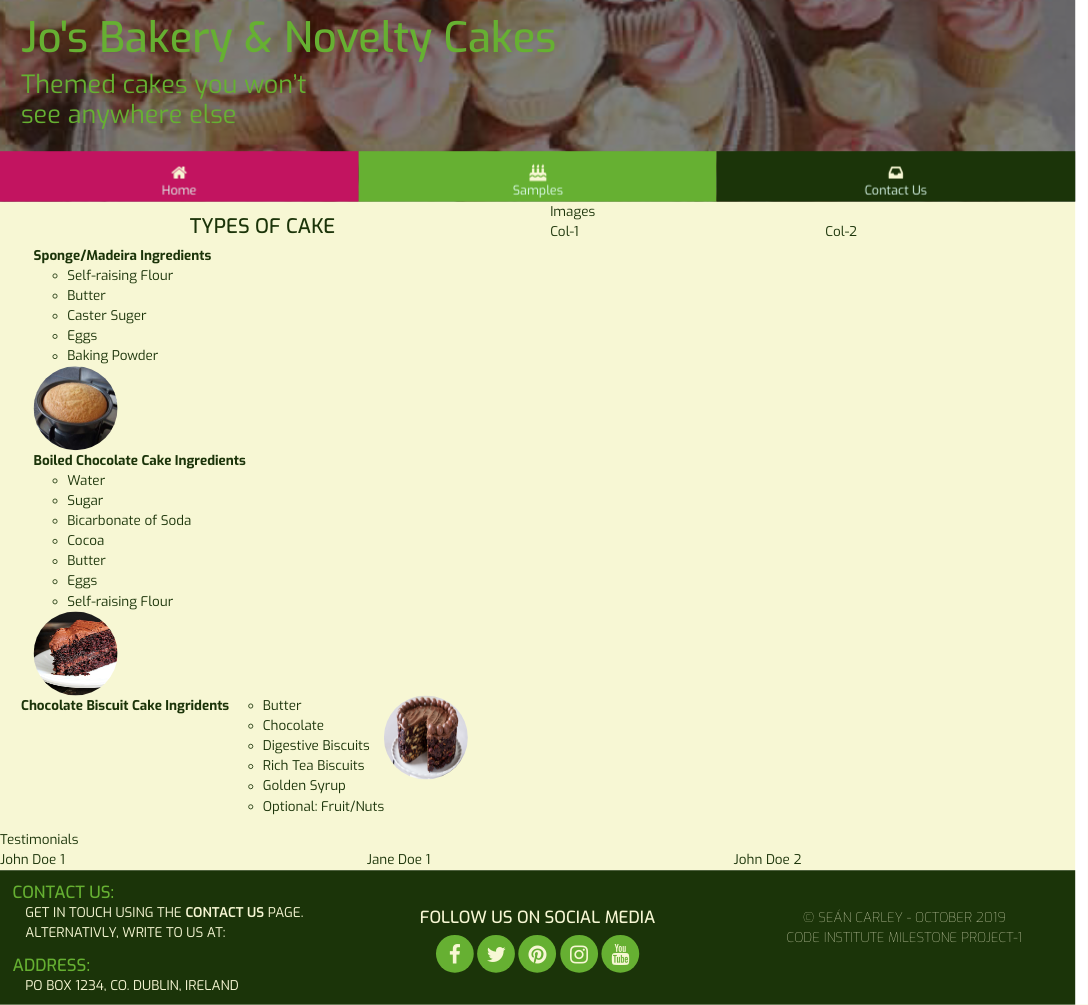
Repository: seanjcarley/Milestone1
Page: showcase.html
The author's editor kept a record of every edit. The page is drawn from the files as they stood at one moment, then again after the next edit.
The browser window is 1280 px wide. The page is 1295 px wide, so the pictures cover 1295 px, including what lies to the right of the window. The pictures show the whole page, at 84% of full size.

Above is the page before.
Console error: TypeError: Cannot read properties of undefined (reading 'fn')

### showcase.html
<!DOCTYPE html>
<html lang="en">

<head>
    <meta charset="UTF-8">
    <meta name="viewport" content="width=device-width, initial-scale=1.0">
    <meta http-equiv="X-UA-Compatible" content="ie=edge">
    <link href="https://stackpath.bootstrapcdn.com/bootstrap/4.3.1/css/bootstrap.min.css" rel="stylesheet" integrity="sha384-ggOyR0iXCbMQv3Xipma34MD+dH/1fQ784/j6cY/iJTQUOhcWr7x9JvoRxT2MZw1T" crossorigin="anonymous">
    <script src="https://stackpath.bootstrapcdn.com/bootstrap/4.3.1/js/bootstrap.min.js" integrity="sha384-JjSmVgyd0p3pXB1rRibZUAYoIIy6OrQ6VrjIEaFf/nJGzIxFDsf4x0xIM+B07jRM" crossorigin="anonymous"></script>
    <script src="https://stackpath.bootstrapcdn.com/bootstrap/4.3.1/js/bootstrap.bundle.min.js" integrity="sha384-xrRywqdh3PHs8keKZN+8zzc5TX0GRTLCcmivcbNJWm2rs5C8PRhcEn3czEjhAO9o" crossorigin="anonymous"></script>
    <link href="https://stackpath.bootstrapcdn.com/font-awesome/4.7.0/css/font-awesome.min.css" rel="stylesheet" integrity="sha384-wvfXpqpZZVQGK6TAh5PVlGOfQNHSoD2xbE+QkPxCAFlNEevoEH3Sl0sibVcOQVnN" crossorigin="anonymous">
    <link rel="stylesheet" href="https://cdnjs.cloudflare.com/ajax/libs/hover.css/2.3.1/css/hover-min.css" type="text/css">
    <link rel="stylesheet" href="css/style.css">
    <title>Jo's Bakery and Novelty Cakes</title>
</head>

<body>
    <header class="container-fluid cake-image">
        <div class="opaque-overlay">&nbsp;</div>
        <div class="row no-gutters">
            <div class="col-12 page-header">
                <h1 class="name caps">Jo's Bakery & Novelty Cakes</h1>
                <h2 class="tag-line caps">Themed cakes you won’t<br/>see anywhere else</h2>
            </div>
        </div>
        <div class="row no-gutters">
            <div class="col">
                <ul id="nav" class="list-inline menucontainer">
                    <li class="col col-sm-4 menu-item-color-home list-inline-item menuitem">
                        <a class="hvr-sweep-to-right" href="index.html"><i class="fa fa-home" aria-hidden="true"></i><span>Home</span></a>
                    </li>
                    <li class="col col-sm-4 menu-item-color-samples list-inline-item menuitem">
                        <a class="hvr-sweep-to-right" href="showcase.html"><i class="fa fa-birthday-cake" aria-hidden="true"></i><span>Samples</span></a>
                    </li>
                    <li class="col col-sm-4 menu-item-color-contact list-inline-item menuitem">
                        <a class="hvr-sweep-to-right" href="contact.html"><i class="fa fa-inbox" aria-hidden="true"></i><span>Contact Us</span></a>
                    </li>
                </ul>
            </div>
        </div>
    </header>
    <section class="section-color">
        <div class="row">
            <div class="col-md-6 cake-types">
                <h4 class="types-header">Types of Cake</h4>
                <a href="#sponge" class="list-header mobile" data-toggle="modal">
                    Sponge/Madeira
                    <img src="images/sponge_maderia_cake.jpg" alt="Sponge-Cake" class="rounded-circle mr-3 mobile" height=100 width=100>
                </a>
                <a href="#boiled" class="list-header mobile" data-toggle="modal">
                    Boiled Chocolate Cake
                    <img src="images/boiled_choc_cake.jpg" alt="Boiled-Choc-Cake" class="rounded-circle mr-3 mobile" height=100 width=100>
                </a>
                <a href="#boiled" class="list-header mobile" data-toggle="modal">
                    Chocolate Biscuit Cake
                    <img src="images/Choc_biscuit_cake.jpg" alt="Choc-Biscuit-Cake" class="rounded-circle mr-3 mobile" height=100 width=100>
                </a>
                <ul class="outer-list">
                    <li>
                        <a href="#sponge" class="list-header desktop" data-toggle="modal">Sponge/Madeira Ingredients</a>
                        <!--<button type="button" class="btn btn-primary" data-toggle="modal" data-target="#sponge">Sponge/Madeira Ingredients</button>-->
                        <ul class="desktop">
                            <li>Self-raising Flour</li>
                            <li>Butter</li>
                            <li>Caster Suger</li>
                            <li>Eggs</li>
                            <li>Baking Powder</li>
                        </ul>
                        <img src="images/sponge_maderia_cake.jpg" alt="Sponge-Cake" class="rounded-circle mr-3 desktop" height=100 width=100>
                    </li>
                    <li>
                        <a href="#boiled" class="list-header desktop" data-toggle="modal">Boiled Chocolate Cake Ingredients</a>
                        <!--<button type="button" class="btn btn-secondary" data-toggle="modal" data-target="#boiled">Boiled Chocolate Cake Ingredients</button>-->
                        <ul class="desktop">
                            <li>Water</li>
                            <li>Sugar</li>
                            <li>Bicarbonate of Soda</li>
                            <li>Cocoa</li>
                            <li>Butter</li>
                            <li>Eggs</li>
                            <li>Self-raising Flour</li>
                        </ul>
                        <img src="images/boiled_choc_cake.jpg" alt="Boiled-Choc-Cake" class="rounded-circle mr-3 desktop" height=100 width=100>
                    </li>
                    <li>
                        <div class="row">
                        <a href="#boiled" class="list-header desktop" data-toggle="modal">Chocolate Biscuit Cake Ingridents</a>
                        <!--<button type="button" class="btn btn-primary" data-toggle="modal" data-target="#biscuit">Chocolate Biscuit Cake Ingridents</button>-->
                        <ul class="desktop">
                            <li>Butter</li>
                            <li>Chocolate</li>
                            <li>Digestive Biscuits</li>
                            <li>Rich Tea Biscuits</li>
                            <li>Golden Syrup</li>
                            <li>Optional: Fruit/Nuts</li>
                        </ul>
                        <img src="images/Choc_biscuit_cake.jpg" alt="Choc-Biscuit-Cake" class="rounded-circle mr-3 desktop" height=100 width=100>
                        </div>
                    </li>
                </ul>
            </div>
            <div class="col-md-6">
                <div class="row">
                    <div class="col">Images</div>
                </div>
                <div class="row">
                    <div class="col-md-6">Col-1</div>
                    <div class="col-md-6">Col-2</div>
                </div>
            </div>
        </div>
        <div class="row">
            <div class="col">Testimonials</div>
        </div>
        <div class="row">
            <div class="col-md-4">
                John Doe 1
            </div>
            <div class="col-md-4">
                Jane Doe 1
            </div>
            <div class="col-md-4">
                John Doe 2
            </div>
        </div>
    </section>
    <footer class="footer-color">
        <div class="row">
            <div class="col-md-4">
                <!--<h1>FOOTER1</h1>-->
                <h5 class="footer-h5 uppercase">Contact us: </h5>
                <p class="footer-text uppercase">Get in touch using the <a href="contact.html"><span class="bold">Contact us</span></a> page. Alternativly, write to us at:</p>
                <h5 class="footer-h5 uppercase">Address: </h5>
                <p class="footer-address uppercase">
                    PO Box 1234,
                    <!--<br/>-->
                    Co. Dublin,
                    <!--<br/>-->
                    Ireland
                </p>
            </div>
            <div class="col-md-4 social">
                <!--<h1>FOOTER2</h1>-->
                <h5 class="uppercase">Follow us on Social Media</h5>
                <ul class="list-inline social-icons">
                    <li class="list-inline-item socialitem">
                        <a target="_blank" href="#">
                            <i class="fa fa-facebook" aria-hidden="true"></i>
                            <span class="sr-only">Facebook</span> <!-- This will be read by a screen reader. It does not show on the page -->
                        </a>
                    </li>
                    <li class="list-inline-item socialitem">
                        <a target="_blank" href="#">
                            <i class="fa fa-twitter" aria-hidden="true"></i>
                            <span class="sr-only">Twitter</span> <!-- This will be read by a screen reader. It does not show on the page -->
                        </a>
                    </li>
                    <!--<li class="list-inline-item socialitem">
                        <a target="_blank" href="#">
                            <i class="fa fa-linkedin" aria-hidden="true"></i>
                            <span class="sr-only">LinkedIn</span>
                        </a>
                    </li>-->
                    <li class="list-inline-item socialitem">
                        <a target="_blank" href="#">
                            <i class="fa fa-pinterest" aria-hidden="true"></i>
                            <span class="sr-only">Pinterest</span> <!-- This will be read by a screen reader. It does not show on the page -->
                        </a>
                    </li>
                    <li class="list-inline-item socialitem">
                        <a target="_blank" href="#">
                            <i class="fa fa-instagram" aria-hidden="true"></i>
                            <span class="sr-only">Instagram</span> <!-- This will be read by a screen reader. It does not show on the page -->
                        </a>
                    </li>
                    <li class="list-inline-item socialitem">
                        <a target="_blank" href="#">
                            <i class="fa fa-youtube" aria-hidden="true"></i>
                            <span class="sr-only">YouTube</span> <!-- This will be read by a screen reader. It does not show on the page -->
                        </a>
                    </li>
                </ul>
            </div>
            <div class="col-md-4 copyrite uppercase">
                <!--<h1>FOOTER3</h1>-->
                &copy; Seán Carley - October 2019
                <br/> Code Institute Milestone Project-1
            </div>
        </div>
    </footer>
    <div class="modal" tabindex="-1" role="dialog" id="sponge">
        <div class="modal-dialog" role="document">
            <div class="modal-content">
                <div class="modal-header">
                    <h5 class="modal-title">Sponge/Madeira</h5>
                    <button type="button" class="close" data-dismiss="modal" aria-label="Close">
                        <span aria-hidden="true">&times;</span>
                    </button>
                </div>
                <div class="modal-body">
                    <ol>
                        <li>Preheat the oven to 180 degrees C / gas mark 4.</li>
                        <li>Measure all the ingredients into a large bowl.</li>
                        <li>Mix all of the ingredients using a electric whisk.</li>
                        <li>Pour the mixture into 2 non-stick 7 inch (18cm) tins.</li>
                        <li>Place them in the oven till golden brown 15-25 minutes.</li>
                        <li>Cool on a wire rack before serving.</li>
                    </ol>
                </div>
            </div>
        </div>
    </div>
    <div class="modal" tabindex="-1" role="dialog" id="boiled">
        <div class="modal-dialog" role="document">
            <div class="modal-content">
                <div class="modal-header">
                    <h5 class="modal-title">Boiled Chocolate Cake</h5>
                    <button type="button" class="close" data-dismiss="modal" aria-label="Close">
                        <span aria-hidden="true">&times;</span>
                    </button>
                </div>
                <div class="modal-body">
                    <ol>
                        <li>Place first five ingredients into a large saucepan.</li>
                        <li>Bring to the boil and simmer for 3 minutes.</li>
                        <li>Allow to cool slightly.</li>
                        <li>Add eggs and flour, and stir well.</li>
                        <li>Pour into a greased 20 cm cake pan.</li>
                        <li>Bake at 180C for 50 minutes.</li>
                        <li>Ice when cool if desired.</li>
                    </ol>
                </div>
            </div>
        </div>
    </div>
    <div class="modal" tabindex="-1" role="dialog" id="biscuit">
        <div class="modal-dialog" role="document">
            <div class="modal-content">
                <div class="modal-header">
                    <h5 class="modal-title">Chocolate Biscuit Cake</h5>
                    <button type="button" class="close" data-dismiss="modal" aria-label="Close">
                        <span aria-hidden="true">&times;</span>
                    </button>
                </div>
                <div class="modal-body">
                    <ol>
                        <li>Line a 15cms/6" round cake tin or a 2lb loaf tin with a double layer of greaseproof paper.</li>
                        <li>Melt the butter, syrup and chocolate in a pan over a low heat. Stir to make sure all the ingredients are well mixed together.</li>
                        <li>Add the biscuits, maltesers and fruit and nuts, if used. Stir well.</li>
                        <li>Transfer to prepared tin. Level it on top and press down well to avoid air gaps. Allow to get cold and hard.
                        Wrap completely in greaseproof paper and store in a fridge.</li>
                    </ol>
                </div>
            </div>
        </div>
    </div>
    <script src="https://code.jquery.com/jquery-3.3.1.slim.min.js" integrity="sha384-q8i/X+965DzO0rT7abK41JStQIAqVgRVzpbzo5smXKp4YfRvH+8abtTE1Pi6jizo" crossorigin="anonymous"></script>
    <script src="https://cdnjs.cloudflare.com/ajax/libs/popper.js/1.14.7/umd/popper.min.js" integrity="sha384-UO2eT0CpHqdSJQ6hJty5KVphtPhzWj9WO1clHTMGa3JDZwrnQq4sF86dIHNDz0W1" crossorigin="anonymous"></script>
    <script src="https://stackpath.bootstrapcdn.com/bootstrap/4.3.1/js/bootstrap.min.js" integrity="sha384-JjSmVgyd0p3pXB1rRibZUAYoIIy6OrQ6VrjIEaFf/nJGzIxFDsf4x0xIM+B07jRM" crossorigin="anonymous"></script>
</body>

</html>

### css/style.css
@import url('https://fonts.googleapis.com/css?family=Roboto:100,200,300,400,500,600,700|Exo:100,200,300,400,500,600,700');

/*----------------------------------------------------------------------------*/
/* Colours */
/*----------------------------------------------------------------------------*/

.menu-item-color-home {
    background-color: #C21460;
    color: #F7F7D4;
}

.menu-item-color-samples {
    background-color: #66B032;
    color: #F7F7D4;
}

.menu-item-color-contact {
    background-color: #1B3409;
    color: #F7F7D4;
}

.section-color {
    background-color: #F7F7D4;
    color: #1B3409;
}

.side-section {
    padding-left: 15px;
    background-color: #66B032;
}

.footer-color {
    background-color: #1B3409;
    color: #F7F7D4;
}

/*----------------------------------------------------------------------------*/
/* Body */
/*----------------------------------------------------------------------------*/

body {
    margin: 0;
    font-family: "Exo", sans-serif;
}

.container-fluid {
    padding: 0;
}

/*----------------------------------------------------------------------------*/
/* Header */
/*----------------------------------------------------------------------------*/

header {
    margin: 20;
    background-color: #F7F7D4;
}

.cake-image {
    background: url("../images/banner.png");
    background-position: center;
    background-repeat: no-repeat;
    background-size: cover;
    -webkit-background-size: cover;
    -moz-background-size: cover;
    -o-background-size: cover;
}

.page-header {
    margin-top: 15px;
    margin-bottom: 17px;
}

.name {
    font-weight: 500;
    font-size: 50px;
    margin-left: 25px;
    color: #66B032;
}

.opaque-overlay {
    position: absolute;
    top: 0;
    left: 0;
    min-height: 240px;
    width: 100%;
    background-color: rgba(0, 0, 0, 0.5);
}

.tag-line {
    font-weight: 400;
    font-size: 30px;
    margin-left: 25px;
    color: #66B032;
}

/*
-----No Longer used-----
.logo {
    background: url("../images/20170906215546_1200x1200.png");
    background-position: center;
    background-repeat: no-repeat;
    background-size: cover;
    background-color: #1B3409;
    background-color: #fff;
    text-align: center;
    min-height: 240px;
    text-decoration: none;
    font-size: 45px;
    font-weight: 500;
    color: #C21460;
}
*/

.list-inline-item:not(:last-child) {
    margin-right: 0;
}

.menucontainer {
    font-size: 0;
    position: static;
}

#nav li {
    font-size: 14px;
    padding: 0;
}

#nav {
    margin: 0;
}

.menuitem {
    height: 60px;
    text-align: center;
    padding: 0;
}

.menuitem a {
    width: 100%;
    text-decoration: none;
    color: #defdef;
    height: 100%;
}

.menuitem a i {
    padding-top: 15px;
    display: block;
    color: #F7F7D4;
    font-size: 20px;
}

.menuitem span {
    display: block;
    font-size: 15px;
}

.hvr-sweep-to-bottom:before,
.hvr-sweep-to-top:before,
.hvr-sweep-to-right:before {
    background: rgba(0, 0, 0, 0.2);
    height: 60px;
}

/*----------------------------------------------------------------------------*/
/* Index Section */
/*----------------------------------------------------------------------------*/

section {
    margin: 0;
}

.main-section {
    padding-left: 15px;
}

.origin {
    text-align: center;
    padding-top: 15px;
}

.section-txt {
    margin: 15px;
}

.section-txt a {
    text-decoration: none;
    color: #1B3409;
}

.section-txt a:hover {
    color: #C21460;
}

.question {
    text-align: center;
}

.side-section-menu {
    color: #F7F7D4;
}

/*----------------------------------------------------------------------------*/
/* Showcase Section */
/*----------------------------------------------------------------------------*/

.types-header {
    padding-top: 15px;
    text-transform: uppercase;
    text-align: center;
}

.list-header {
    font-weight: 700;
}

.cake-types a {
    text-decoration: none;
    color: #1B3409;
}

.cake-types a:hover {
    color: #C21460;
}

.outer-list {
    list-style-type: none;
}

.list-row {
    padding-top: 15px;
}

.type-image {
    padding-top: 35px;
}

.mobile {
    display: none;
}

/*----------------------------------------------------------------------------*/
/* Contact Section */
/*----------------------------------------------------------------------------*/

.form-heading {
    font-weight: 500;
    margin-top: 25px;
    text-align: center;
}

.center-form {
    padding-top: 10px;
    margin: 0 auto;
    max-width: 60%;
    text-align: center;
}

button[type="submit"] {
    margin-top: 15px;
    margin-bottom: 20px;
    color: #F7F7D4;
    background-color: #1B3409;
}

button[type="submit"]:hover {
    color: #66B032;
    background-color: #C21460;
    font-weight: 300;
    transition: all 0.35s ease-in-out;
    -moz-transition: all 0.35s ease-in-out;
    -webkit-transition: all 0.35s ease-in-out;
    -o-transition: all 0.35s ease-in-out;
}

#name-field {
    background-color: #66B032;
    color: #F7F7D4;
}

#email-field {
    background-color: #66B032;
    color: #F7F7D4;
}

#phone-field {
    background-color: #66B032;
    color: #F7F7D4;
}

#desc-field {
    background-color: #66B032;
    color: #F7F7D4;
}

#budget-field {
    background-color: #66B032;
    color: #F7F7D4;
}

/*----------------------------------------------------------------------------*/
/* Footer */
/*----------------------------------------------------------------------------*/

footer {
    margin: 0;
}

.footer-text {
    margin: 0;
    padding-left: 30px;
    padding-top: 0;
}

.footer-text a {
    text-decoration: none;
    color: #F7F7D4;
}

.footer-text a:hover {
    color: #66B032;
}

.footer-h5 {
    color: #66B032;
    margin: 0;
    padding-left: 15px;
    padding-top: 15px;
}

.footer-address {
    margin: 0;
    padding-left: 30px;
    padding-top: 0;
    padding-bottom: 10px;
}

.copyrite {
    text-align: center;
    margin-top: 45px;
    font-weight: 100;
}

.social {
    text-align: center;
    margin-top: 45px;
}

/*.social-icons li a {

}*/

.social-icons li a i {
    width: 45px;
    height: 45px;
    padding: 6px 0;
    /*margin-top: 5px;*/
    border-radius: 50%;
    font-size: 25px;
    background-color: #66B032;
    color: #F7F7D4;
    text-align: center;
    line-height: 35px;
    transition: all 0.35s ease-in-out;
    -moz-transition: all 0.35s ease-in-out;
    -webkit-transition: all 0.35s ease-in-out;
    -o-transition: all 0.35s ease-in-out;
}

.social-icons li a i:hover {
    background-color: #C21460;
    color: #66B032;
}

.socialitem span {
    display: block;
    width: 100%;
    font-size: 35px;
}

.bold {
    font-weight: 600;
}

.uppercase {
    text-transform: uppercase;
}

/*----------------------------------------------------------------------------*/
/* Media Queries */
/*----------------------------------------------------------------------------*/

@media (max-width:767px) {
    body {
        min-width: 100%;
        font-family: "Roboto", sans-serif;
    }

    .logo {
        display: none;
    }

    .page-header {
        margin-top: 15px;
        margin-bottom: 10px;
        color: #F7F7D4;
    }

    .desktop {
        display: none;
    }

    .center-form {
        max-width: 85%;
    }

    .mobile {
        display: block;
        text-align: center;
        color: #C21460;
    }

    .mobile-modal {
        width: 90%;
    }

}

@media (min-width: 768px) and (max-width: 992px){

}

After the next edit:
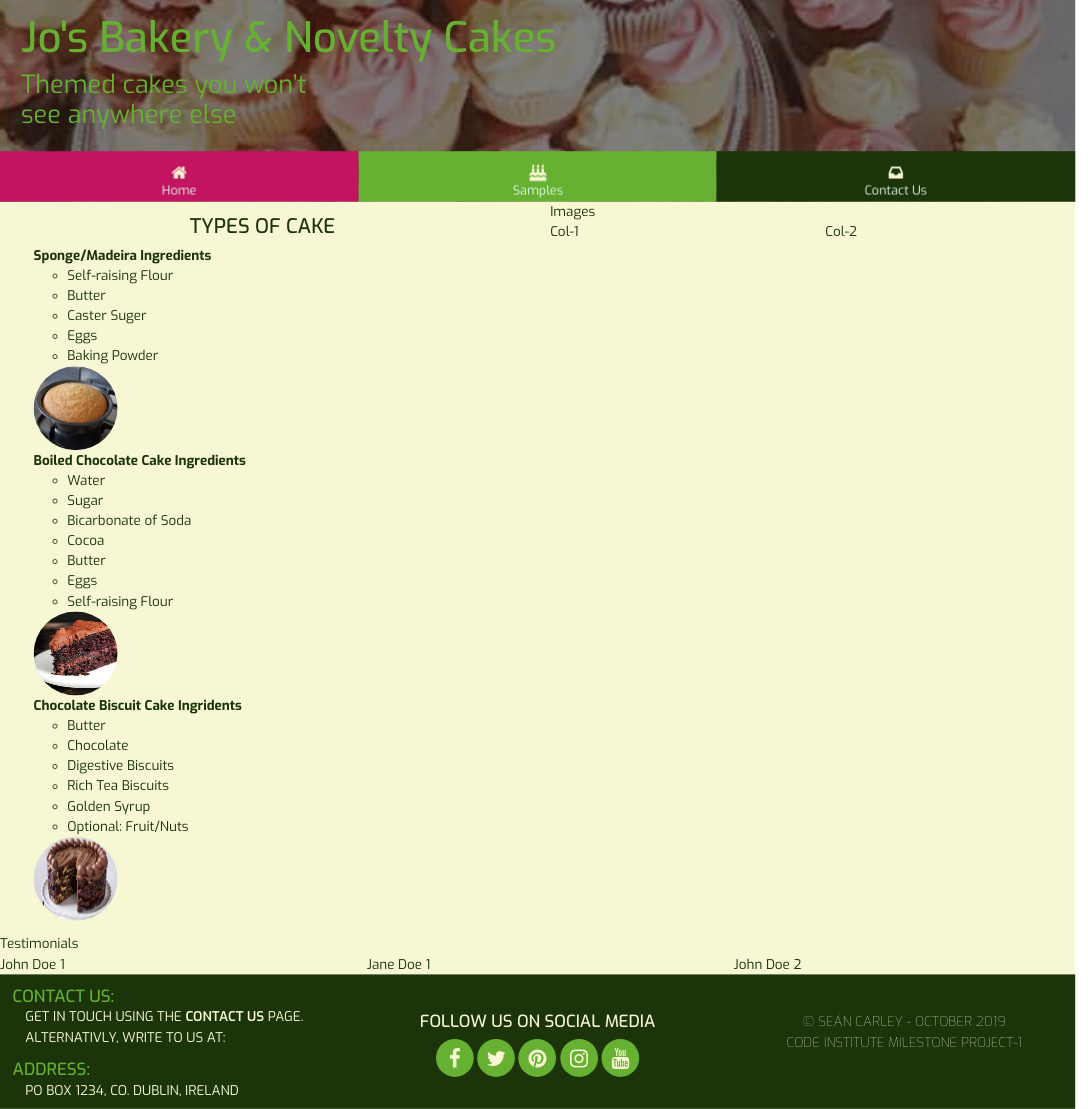
The edit:
--- a/showcase.html
+++ b/showcase.html
@@ -84,6 +84,7 @@
                     </li>
                     <li>
                         <div class="row">
+                            <div class="col-sm-6">
                         <a href="#boiled" class="list-header desktop" data-toggle="modal">Chocolate Biscuit Cake Ingridents</a>
                         <!--<button type="button" class="btn btn-primary" data-toggle="modal" data-target="#biscuit">Chocolate Biscuit Cake Ingridents</button>-->
                         <ul class="desktop">
